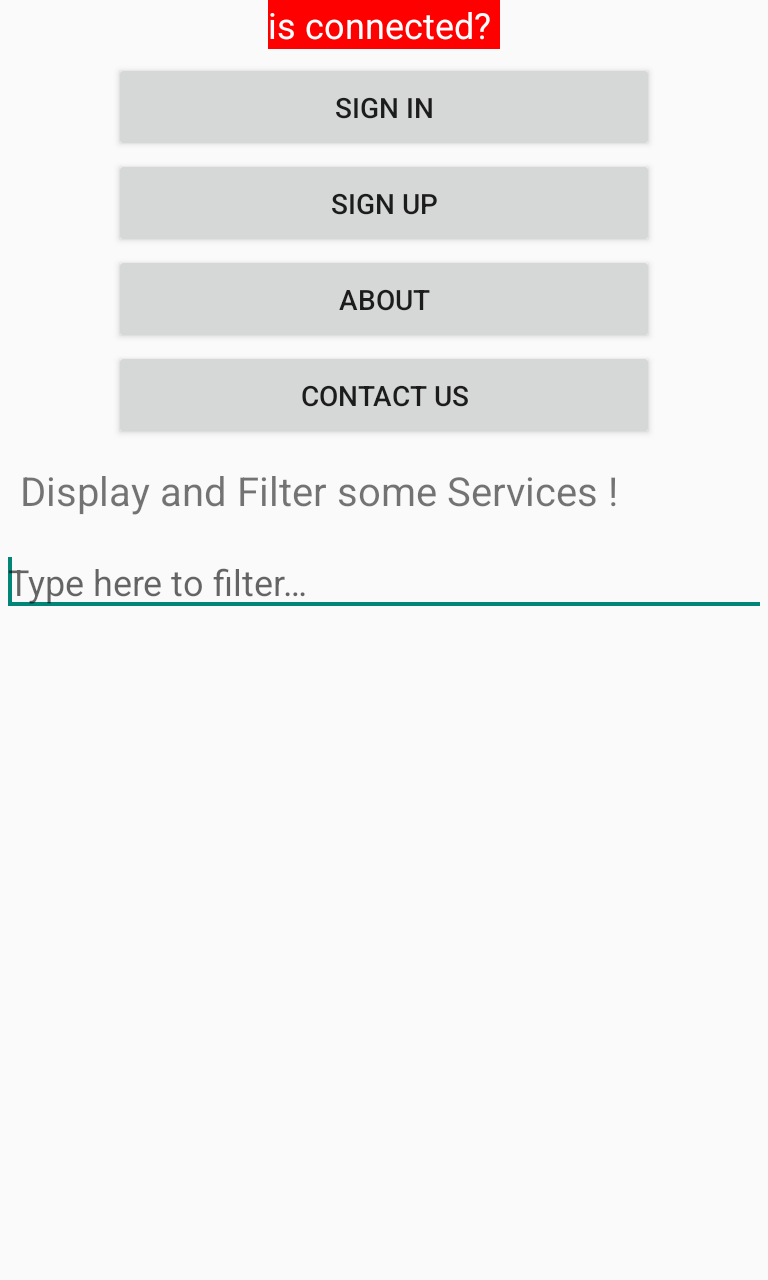
Repository: HAYKEL88/MASTER2_PFE
Layout: PFE_ANDROID/res/layout/activity_objectifs_list.xml
An editor plug-in stored every save of this project. The layout is shown before and after the next save, followed by the edit.
It is drawn on a 768 x 1280 px phone screen (xhdpi) without system bars, with theme AppTheme; the app's code is not run. Lists and similar views that code fills are empty.

Above is the layout before, as saved 2014-12-20 17:10:56.

After the next save:
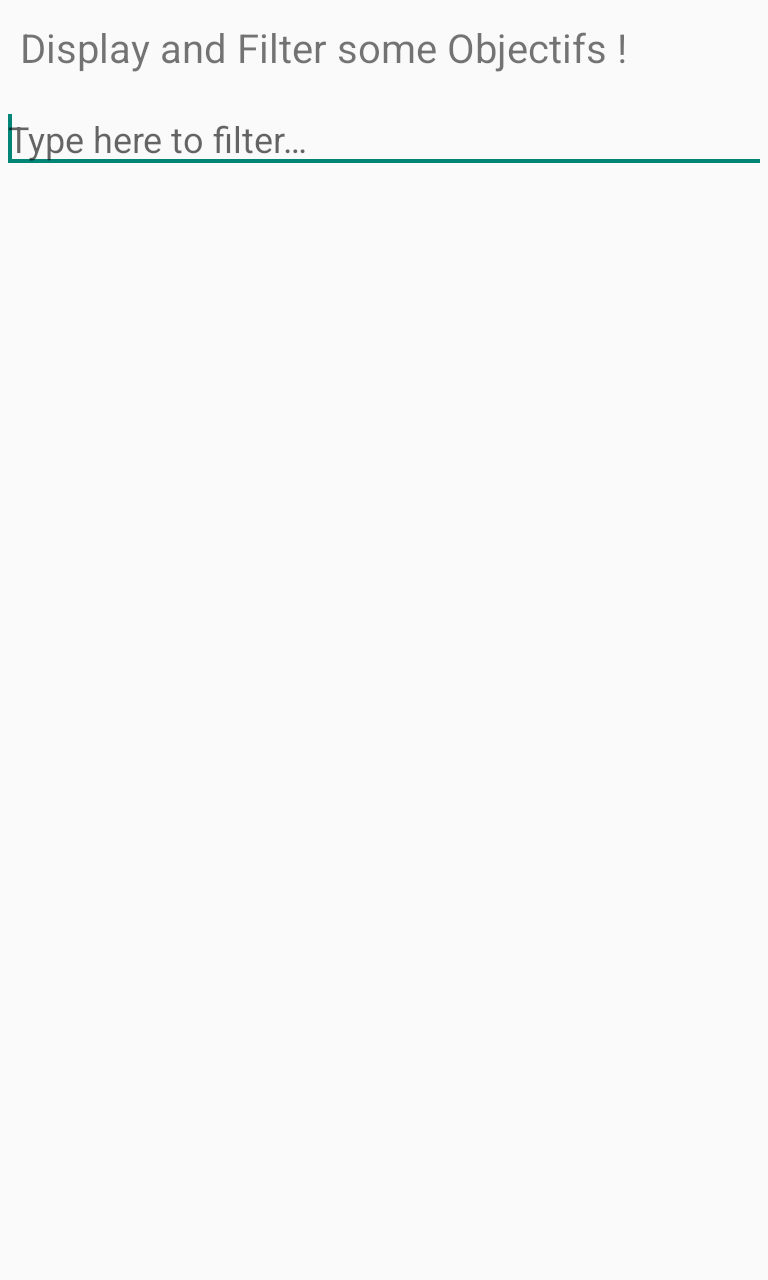
Saved 27 s later.
--- a/PFE_ANDROID/res/layout/activity_objectifs_list.xml
+++ b/PFE_ANDROID/res/layout/activity_objectifs_list.xml
@@ -4,53 +4,10 @@
     android:layout_height="match_parent"
     android:orientation="vertical" >
 
-    <TextView
-        android:id="@+id/tvIsConnected"
-        android:layout_width="wrap_content"
-        android:layout_height="wrap_content"
-        android:layout_gravity="center_horizontal"
-        android:layout_marginBottom="5dp"
-        android:background="#FF0000"
-        android:text="is connected? "
-        android:textColor="#FFF"
-        android:textSize="18dp" />
-
-    <Button
-        android:id="@+id/registration"
-        android:layout_width="272dp"
-        android:layout_height="wrap_content"
-        android:layout_gravity="center_horizontal"
-        android:text="@string/button_signIn"
-        android:onClick="signIn"/>
-
-    <Button
-        android:id="@+id/usersList"
-        android:layout_width="272dp"
-        android:layout_height="wrap_content"
-        android:layout_gravity="center_horizontal"
-        android:text="@string/button_signUp"
-        android:onClick="signUp"/>
-
-    <Button
-        android:id="@+id/button1"
-        android:layout_width="272dp"
-        android:layout_height="wrap_content"
-        android:layout_gravity="center_horizontal"
-        android:text="@string/button_about"
-        android:onClick="about"/>
-
-    <Button
-        android:id="@+id/button2"
-        android:layout_width="272dp"
-        android:layout_height="wrap_content"
-        android:layout_gravity="center_horizontal"
-        android:text="@string/button_contactUs"
-        android:onClick="contactUs"/>
-
 
      <TextView android:layout_width="fill_parent"
   		android:layout_height="wrap_content" android:padding="10dp"
-  		android:text="@string/some_services" android:textSize="20sp" />
+  		android:text="@string/some_objectifs" android:textSize="20sp" />
 
  	<EditText android:id="@+id/myFilter" android:layout_width="match_parent"
   		android:layout_height="wrap_content" android:ems="10"
